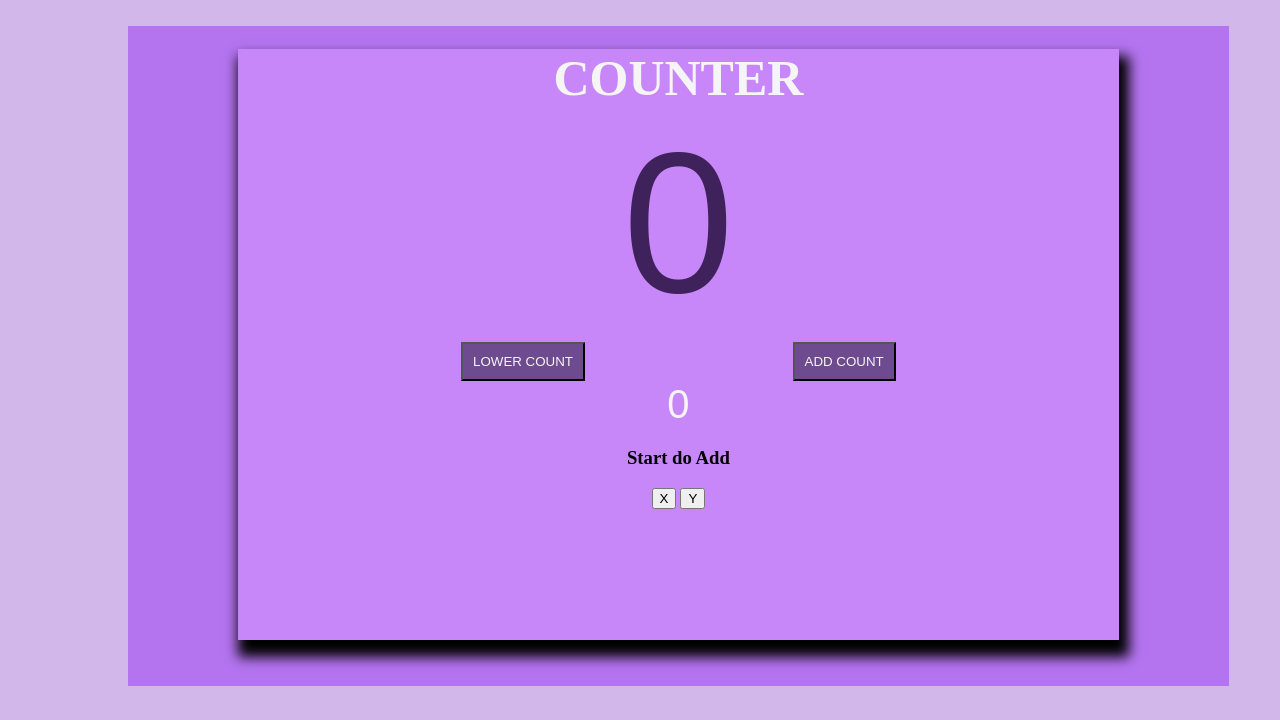
Repository: AnahitKhechumyan/Counter
Page: index.html
The author's editor kept a copy of each file at every save. The page is drawn from the files as they stood at one save, then again after the next save.
The browser window is 1280 px wide. The pictures show the whole page.

Above is the page before, as saved 2022-02-14 21:56:26.

After the next save:
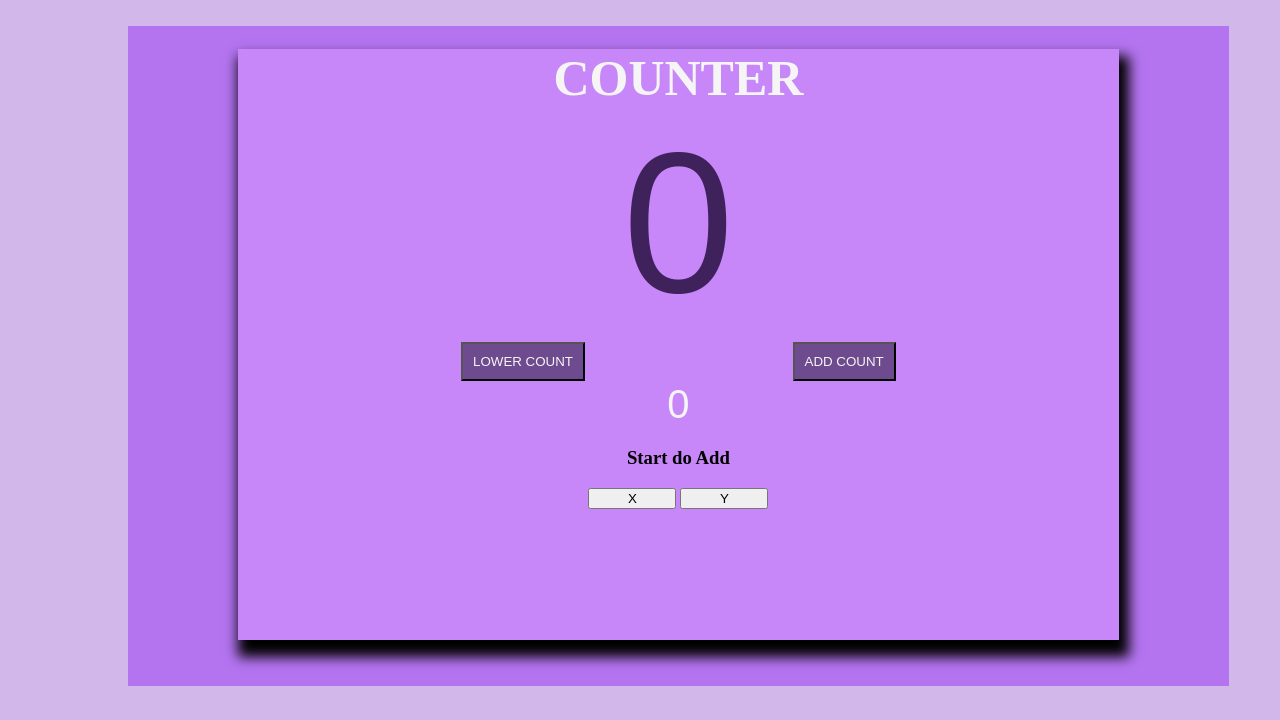
Saved 11 s later.
--- a/style.css
+++ b/style.css
@@ -64,6 +64,6 @@ body{
     color:whitesmoke;
     font-size: 40px;
 }
-.firstInput  .secomdInput{
+.firstInput, .secondInput{
     width: 10%;
 }
